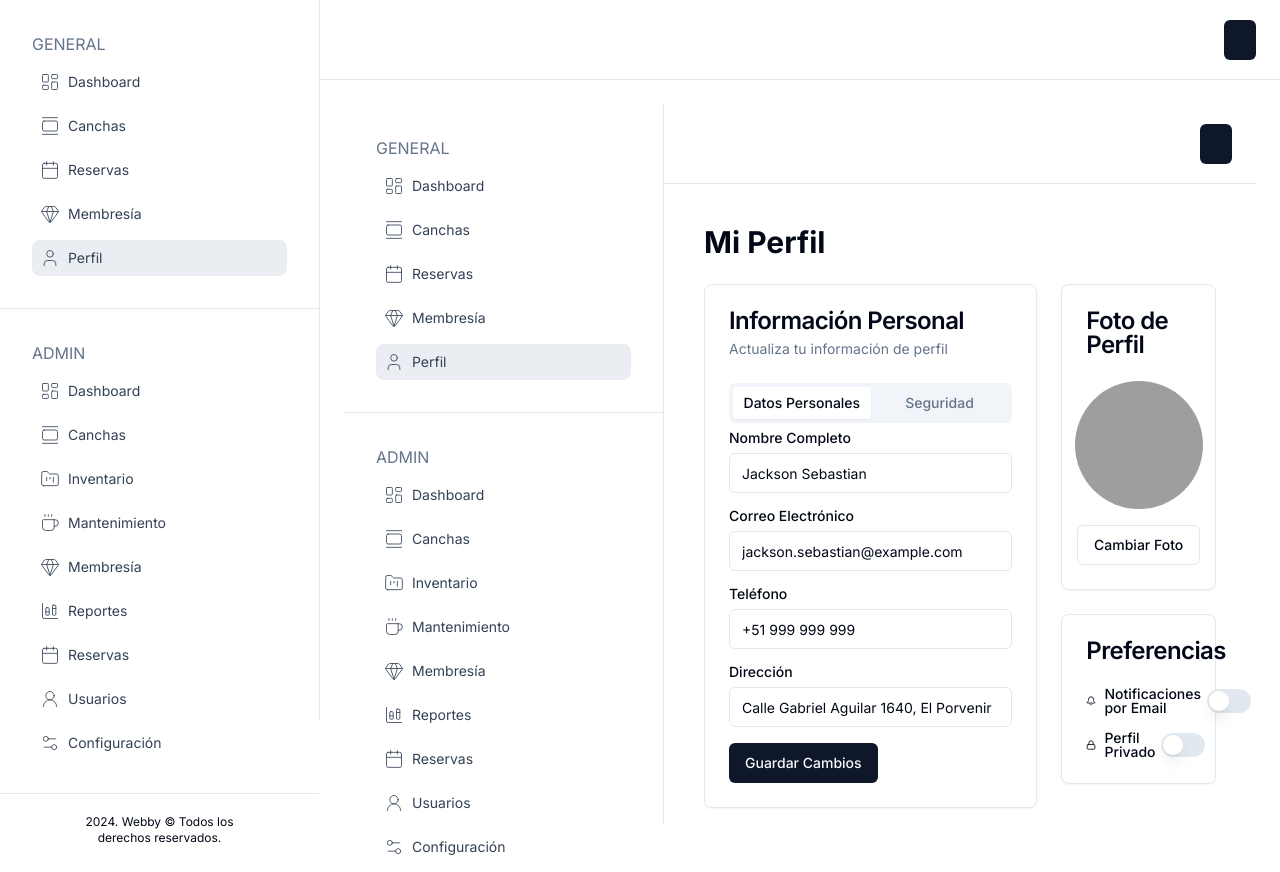
Repository: Jackson-sch/cdeporte
Page: /perfil
The author's editor kept a copy of each file at every save. The page is drawn from the files as they stood at one save, then again after a run of saves.
The browser window is 1280 px wide. The pictures show the whole page.
Pictures or frames that could not be fetched are drawn as grey boxes. The project was rebuilt for these pictures with package versions that can differ from the ones it lists, and the page was loaded fresh each time. The framework's server and built-in components were replaced by stand-ins that run in the browser. Also part of the build but not shown: next.config.mjs.

Above is the page before, as saved 2024-09-18 18:58:42.

After the next 6 saves:
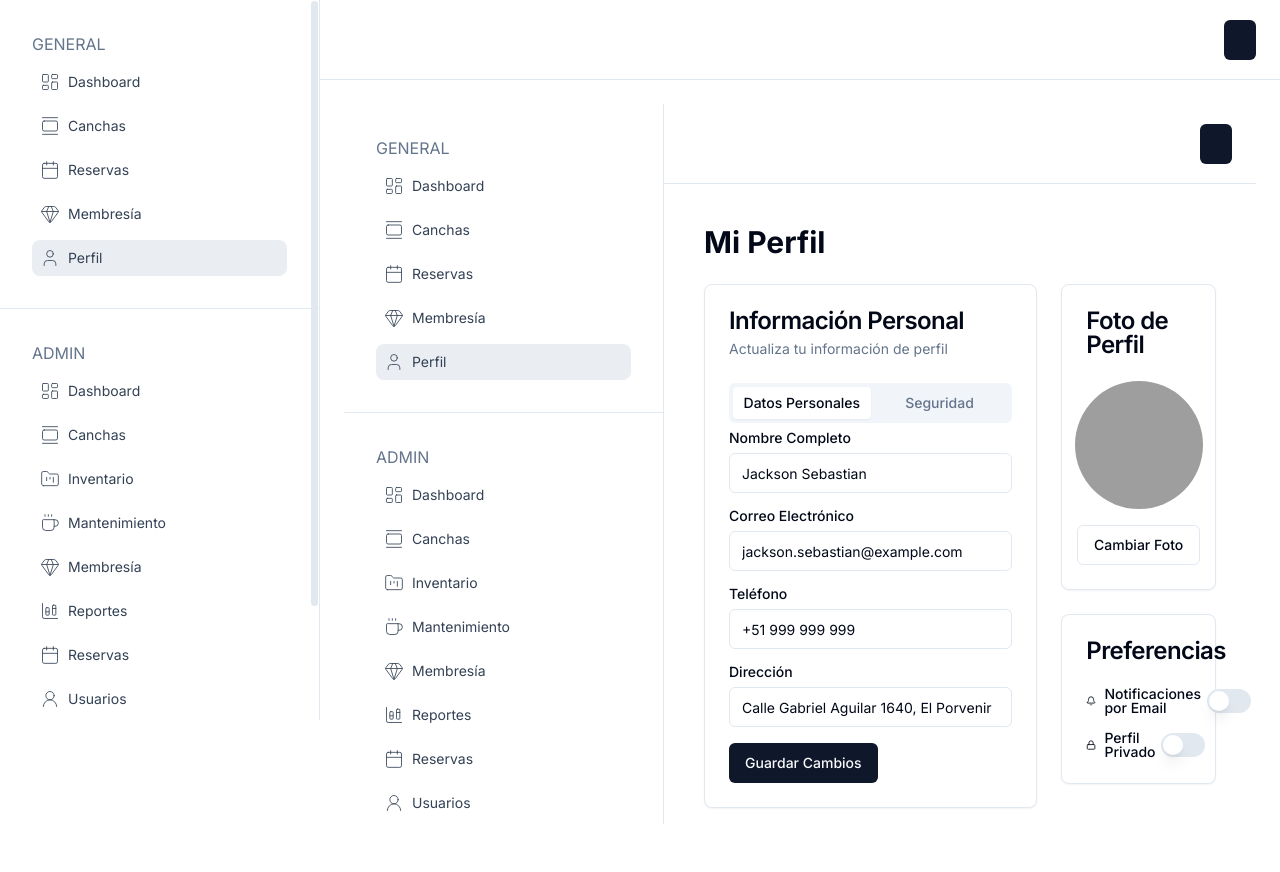
The 6 saves are shown as one change because 1 did not build or start and some came seconds apart.
The last was saved 27 s later.
--- a/src/components/SidebarRoutes/SidebarRoutes.jsx
+++ b/src/components/SidebarRoutes/SidebarRoutes.jsx
@@ -3,6 +3,7 @@
 import { Separator } from "@/components/ui/separator";
 import { dataAdminSidebar, dataGeneralSidebar } from "./SidebarRoute.data";
 import { SidebarItem } from "./SidebarItem/SidebarItem";
+import { ScrollArea } from "../ui/scroll-area";
 
 
 
@@ -10,7 +11,7 @@ export function SidebarRoutes() {
 
   return (
     <div className="flex flex-col justify-between h-full">
-
+      <ScrollArea className="h-full">
       <div>
         <div className="p-4 md:p-8">
           <p className="mb-2 text-slate-500">GENERAL</p>
@@ -36,6 +37,7 @@ export function SidebarRoutes() {
           2024. Webby © Todos los derechos reservados.
         </footer>
       </div>
+      </ScrollArea>
     </div>
   );
 }
